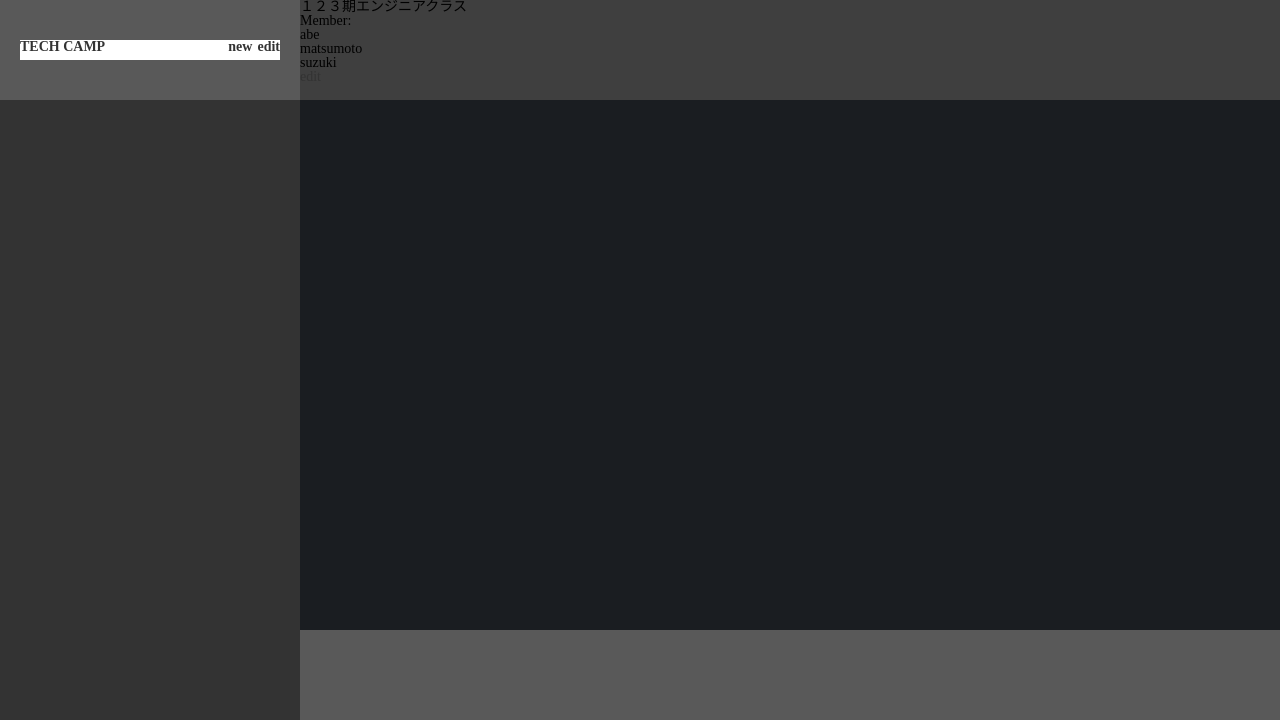
Repository: gorirawomen/first_app
Page: chat-app/index.html
The author's editor kept a record of every edit. The page is drawn from the files as they stood at one moment, then again after the next edit.
The browser window is 1280 px wide. The pictures show the whole page.

Above is the page before.

After the next edit:
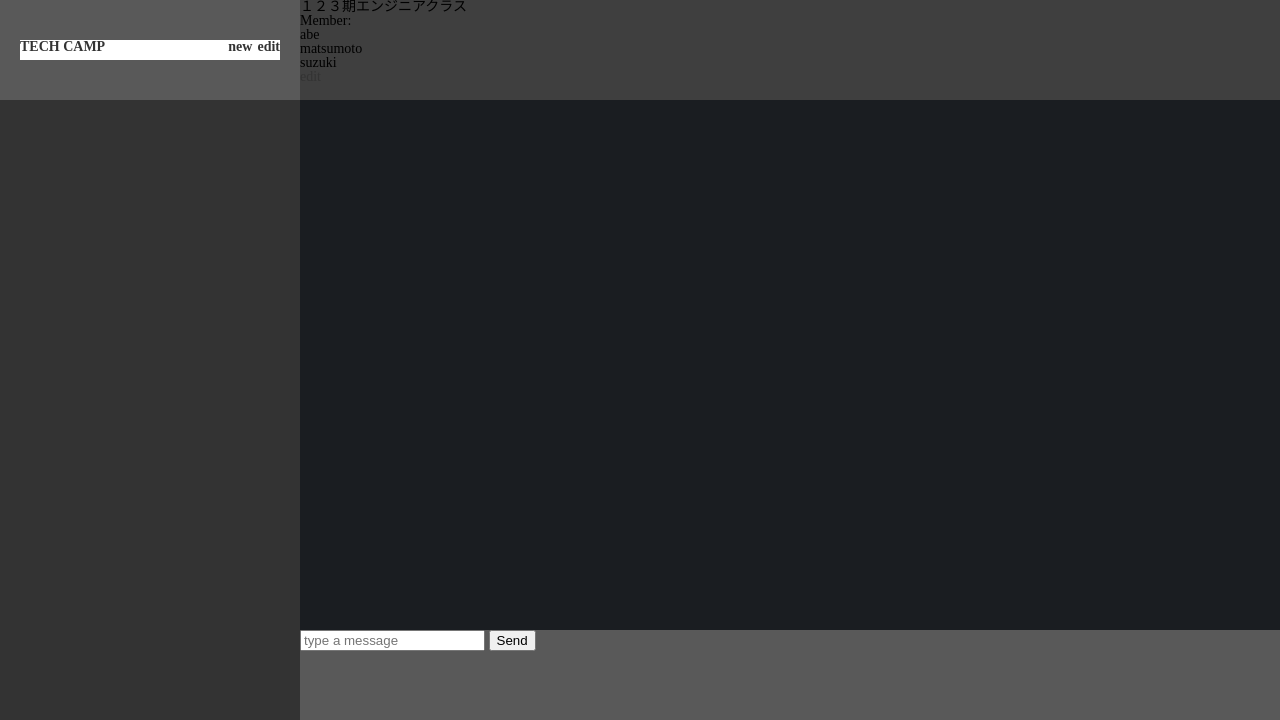
The edit:
--- a/chat-app/index.html
+++ b/chat-app/index.html
@@ -34,7 +34,11 @@
                 <a href="#" class="edit-btn">edit</a>
             </div>
             <div class="messages"></div>
-            <div class="form"></div>
+            <div class="form">
+        <form class="new-message">
+          <input class="input-text" placeholder="type a message" type="text">
+          <input class="submit-btn" type="submit" value="Send">
+        </form>            </div>
             </div>
 
         </div>
